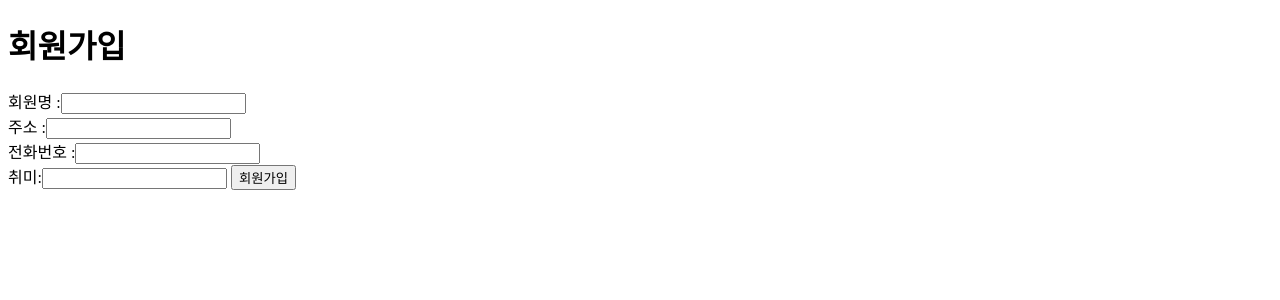
Repository: ssookkdduugg/jsp
Page: http://localhost/Hello/memReg.jsp
These files come from the project's save history. The page is drawn as it stood at one moment and after the next save; the edit follows.
The browser window is 1280 px wide. The pictures show the whole page.
The page is served by Tomcat 9.

Above is the page before, as saved 2023-09-19 05:16:25.

After the next save:
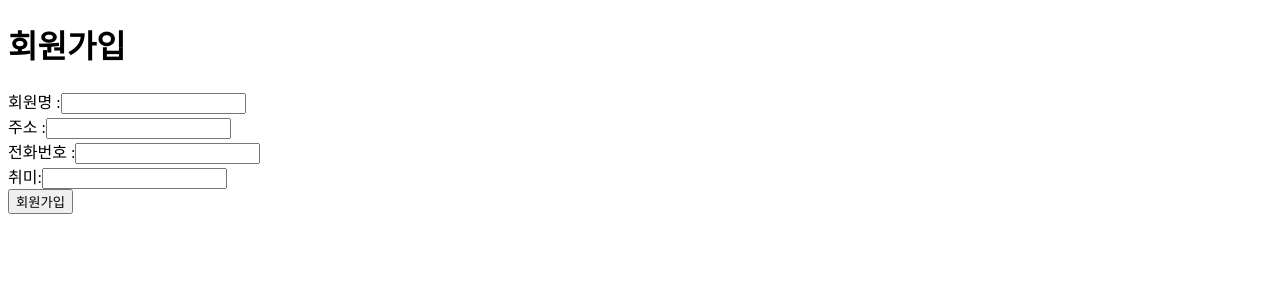
Saved 13 s later.
--- a/Hello/src/main/webapp/memReg.jsp
+++ b/Hello/src/main/webapp/memReg.jsp
@@ -12,7 +12,7 @@
 	<tr><th>회원명 :</th><td><input type="text" name="id"></td></tr><br>
 	<tr><th>주소 :</th><td><input type="text" name="addr"></td></tr><br>
 	<tr><th>전화번호 :</th><td><input type="text" name="num"></td></tr><br>
-	<tr><th>취미:</th><td><input type="text" name="hobby"></td></tr>
+	<tr><th>취미:</th><td><input type="text" name="hobby"></td></tr><br>
 	<tr><td></td><td><input type="submit" value="회원가입"></td></tr>
 </table>
 </form>
